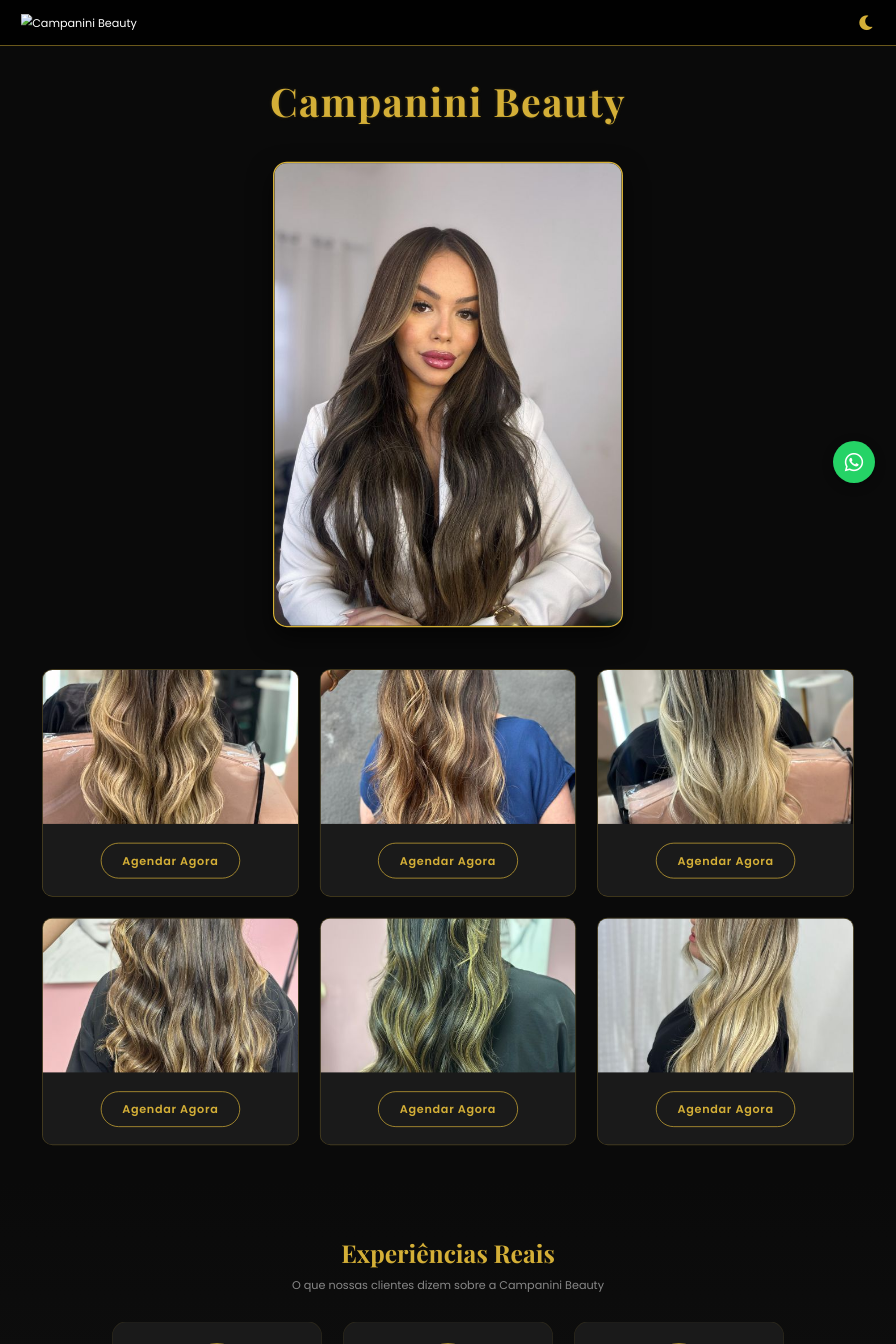
Repository: Sandro1969-tech/campanini-beauty
Page: index.html
These files come from the project's save history. The page is drawn as it stood at one moment and after a run of saves; the edit follows.
The browser window is 1280 px wide. The pictures show the part of the page from y = 0 to 1920 px (the page is 2919 px tall before and 2941 px after), at 70% of full size.
Pictures or frames that could not be fetched are drawn as grey boxes.

Above is the page before, as saved 2026-02-17 19:51:28.

After the next 3 saves:
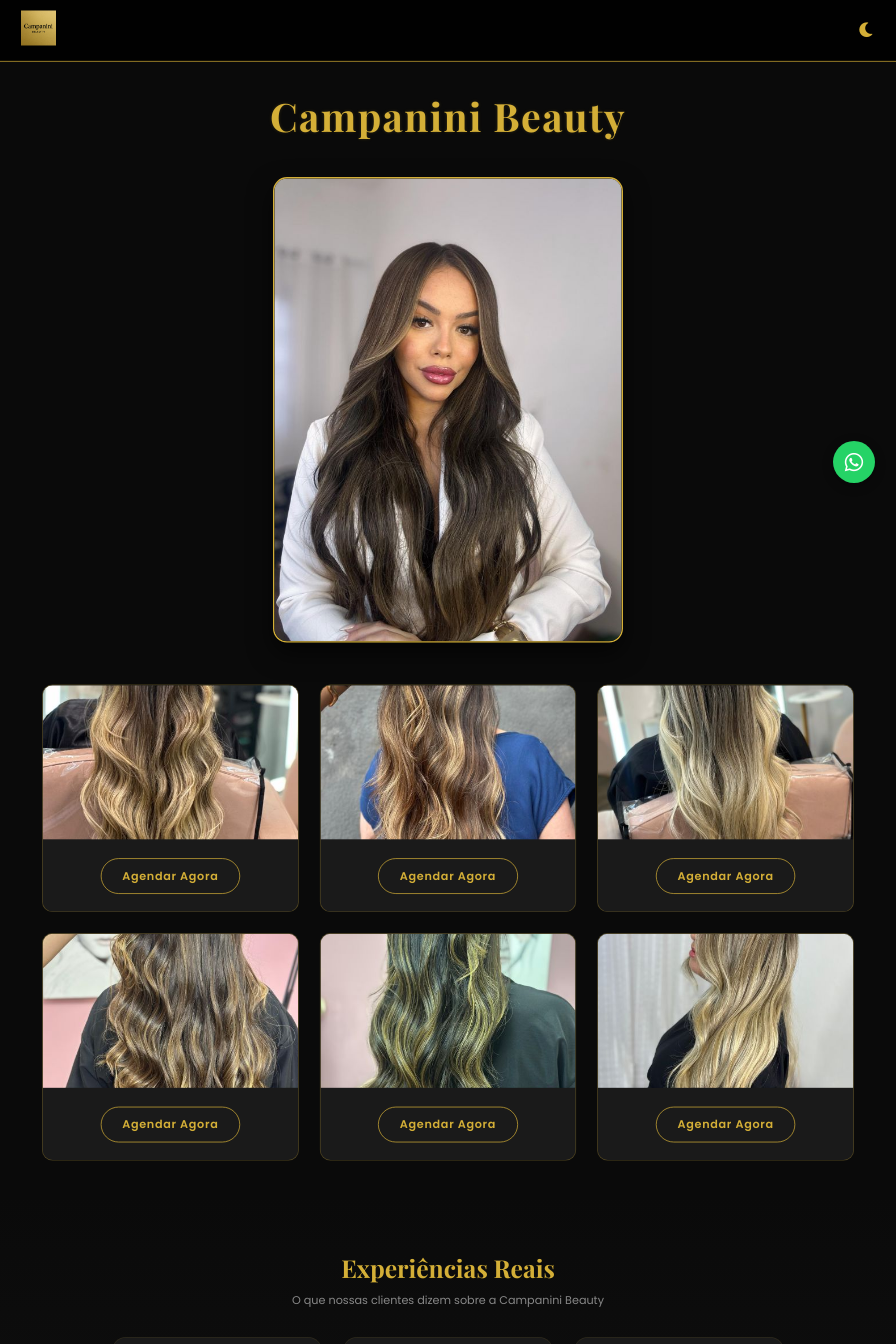
The 3 saves are shown as one change because they came seconds apart.
The last was saved 9 s later.
--- a/index.html
+++ b/index.html
@@ -186,7 +186,7 @@
 
     <header>
         <div class="logo">
-            <img src="" alt="Campanini Beauty">
+            <img src="assets/image/Logo escrito 'Campan.png" alt="Campanini Beauty">
         </div>
         <div class="theme-switch" onclick="toggleTheme()">
             <i id="theme-icon" class="fas fa-moon"></i>
